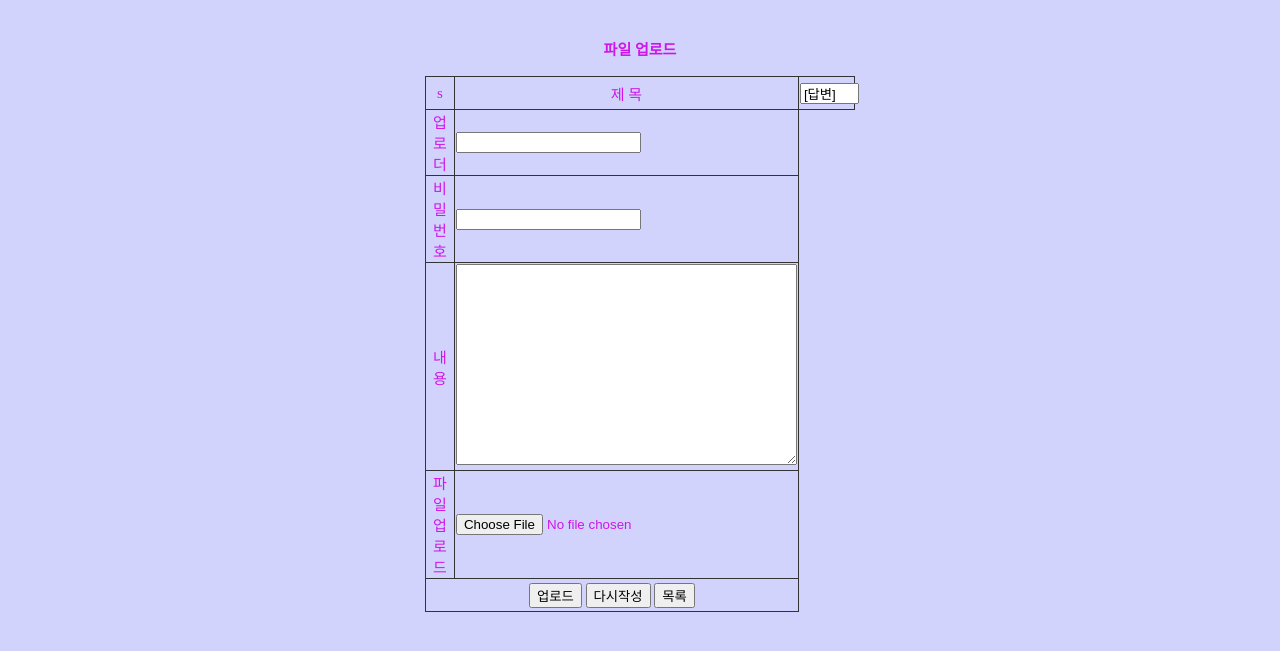
Repository: LouisKisaragi/BB-Bank
Page: http://localhost/FUBoard/board/writeForm.jsp
These files come from the project's save history. The page is drawn as it stood at one moment and after the next save; the edit follows.
The browser window is 1280 px wide. The pictures show the whole page.
The page is served by Tomcat 9.

Above is the page before, as saved 2017-11-10 04:40:56.

After the next save:
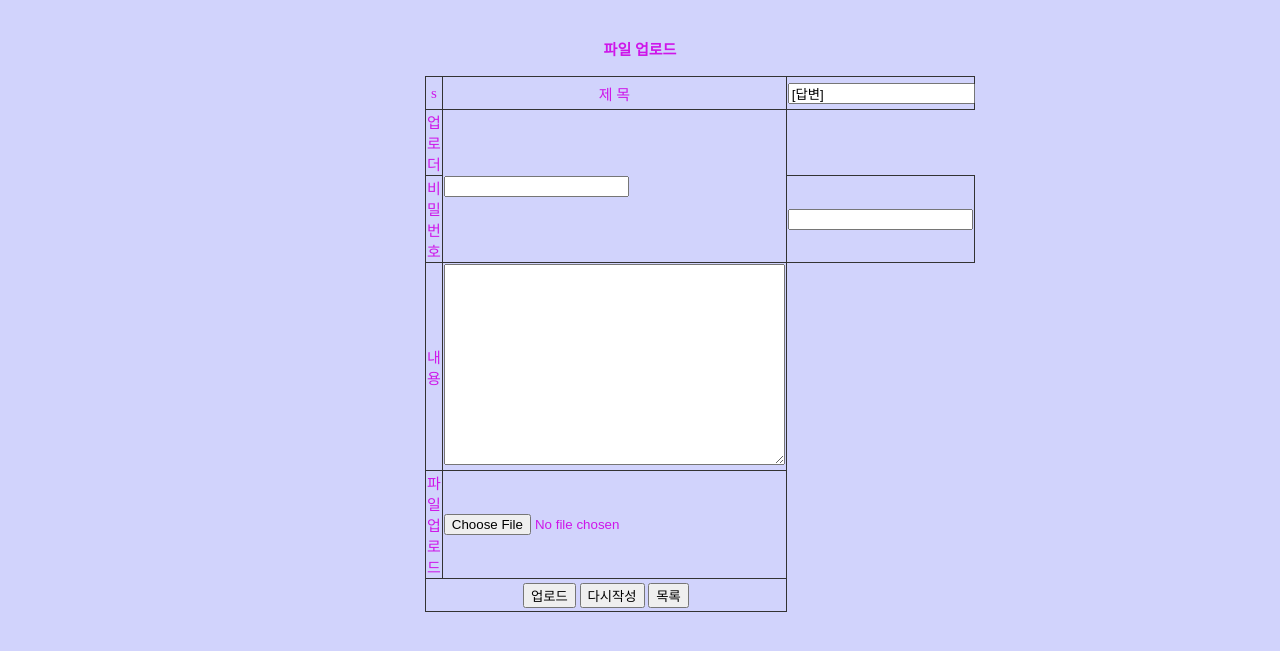
Saved 98 s later.
--- a/workspace/FUBoard/WebContent/board/writeForm.jsp
+++ b/workspace/FUBoard/WebContent/board/writeForm.jsp
@@ -36,7 +36,7 @@
 		</tr>
 		<tr>
 			<td class="attr">업로더</td>
-			<td>
+			<td ROWSPAN="2">
 				<input type="text" name="writer">
 			</td>
 		</tr>

After the save that followed:
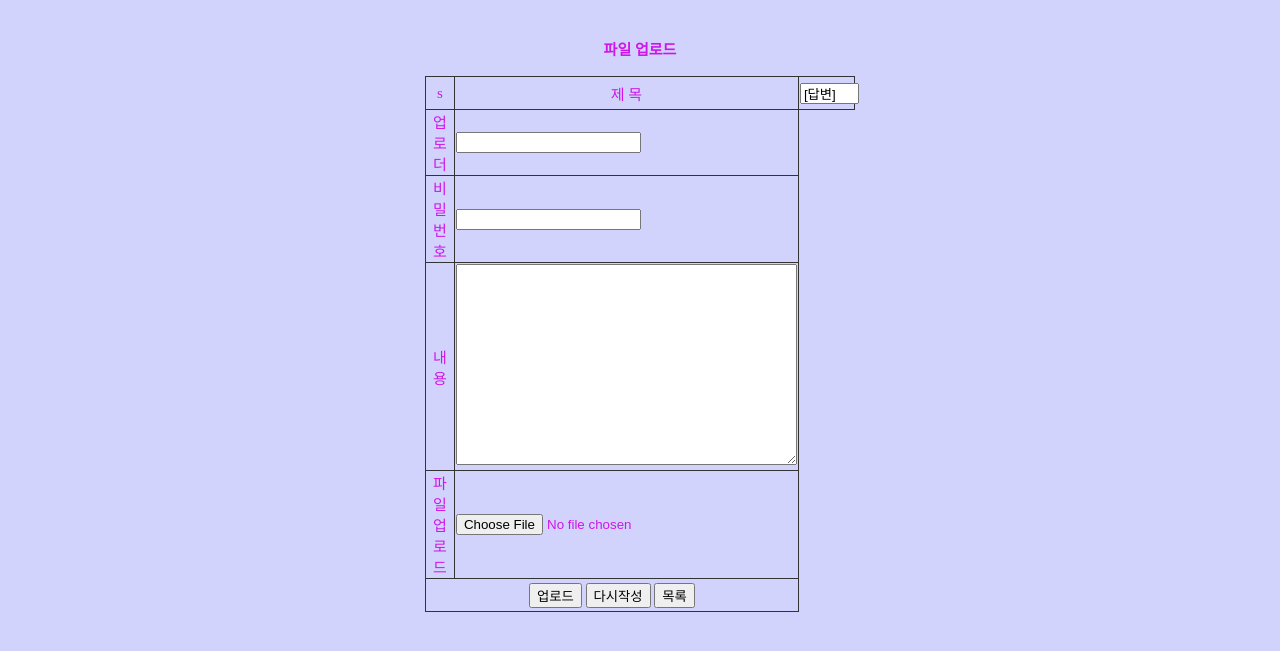
Saved 26 s later.
--- a/workspace/FUBoard/WebContent/board/writeForm.jsp
+++ b/workspace/FUBoard/WebContent/board/writeForm.jsp
@@ -36,7 +36,7 @@
 		</tr>
 		<tr>
 			<td class="attr">업로더</td>
-			<td ROWSPAN="2">
+			<td COLSLPAN="3">
 				<input type="text" name="writer">
 			</td>
 		</tr>
